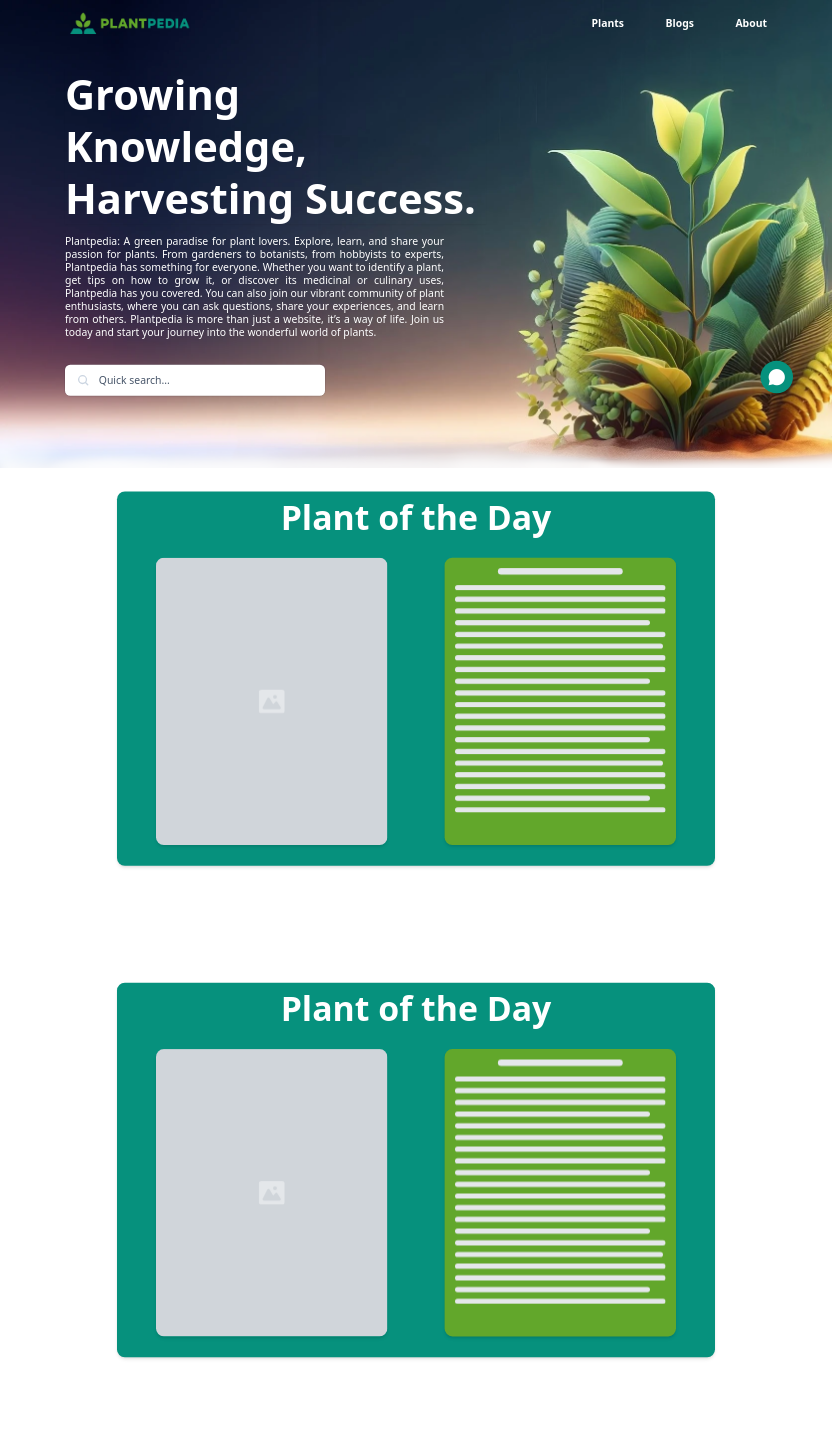
Repository: silham/PlantPedia
Page: /test/home
The author's editor kept a copy of each file at every save. The page is drawn from the files as they stood at one save, then again after the next save.
The browser window is 1280 px wide. The pictures show the whole page, at 65% of full size.
The page's requests for data from a server got no answer. The project was rebuilt for these pictures with package versions that can differ from the ones it lists, and the page was loaded fresh each time. The framework's server and built-in components were replaced by stand-ins that run in the browser. No one was signed in, and anything a server would have sent is missing. Also part of the build but not shown: next.config.js, app/components/SearchBox.css, app/test/Chat/style.css, app/utils/Formatter.ts.

Above is the page before, as saved 2023-10-16 14:35:20.

After the next save:
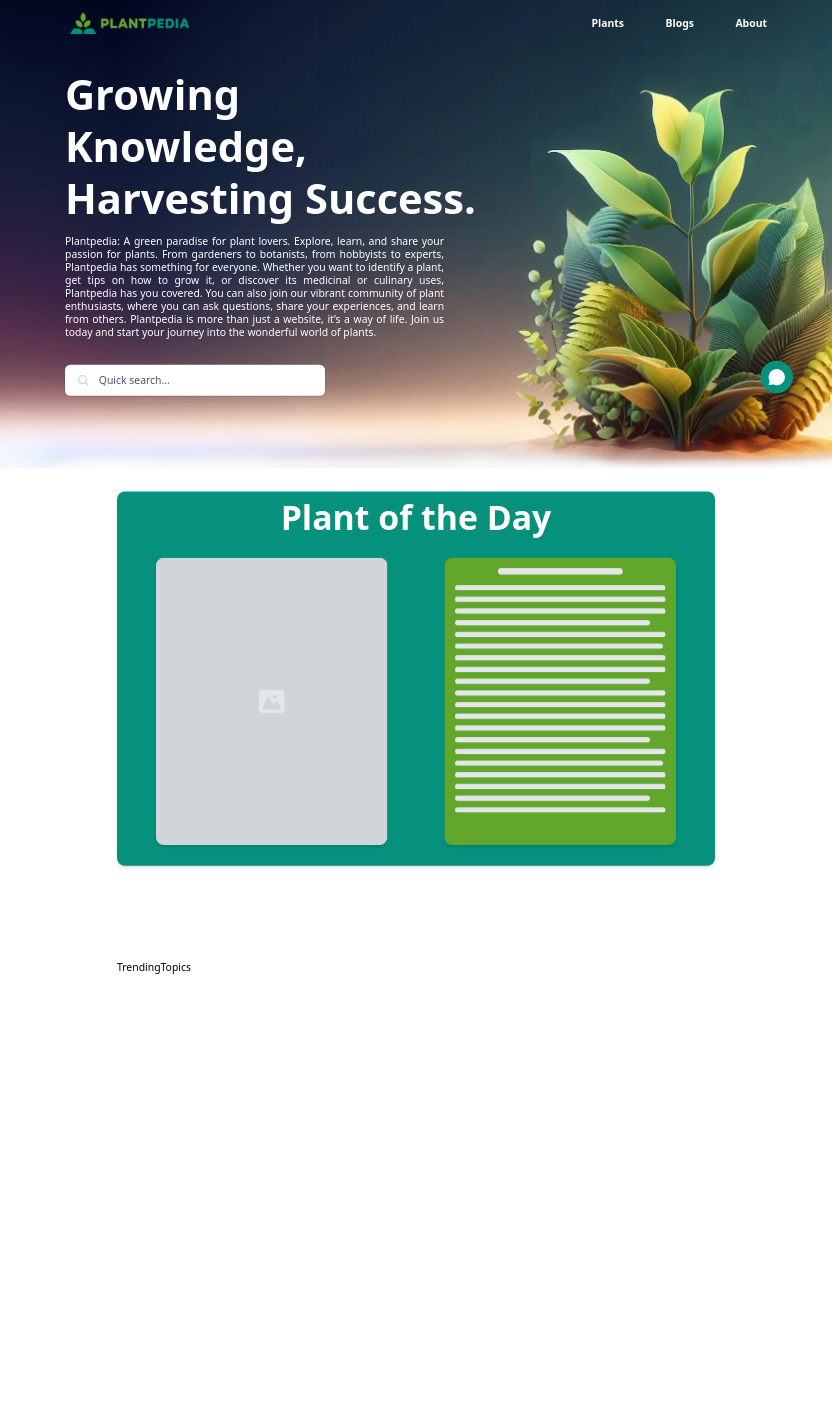
Saved 45 s later.
--- a/app/test/home/page.tsx
+++ b/app/test/home/page.tsx
@@ -4,6 +4,7 @@ import "./styles.css";
 import { MainSearchBtn, SideSearchBtn } from "./SearchBtns";
 import PlantOfDay from "./PlantOfDay";
 import Chat from "../Chat/Chat";
+import TrendingTopics from "./TrendingTopics";
 
 const Home = () => {
   return (
@@ -48,7 +49,7 @@ const Home = () => {
       </section>
 
       <section className="h-[100vh] w-[100vw] px-[180px]">
-        <PlantOfDay />
+        <TrendingTopics />
       </section>
       <SideSearchBtn />
       <Chat />
